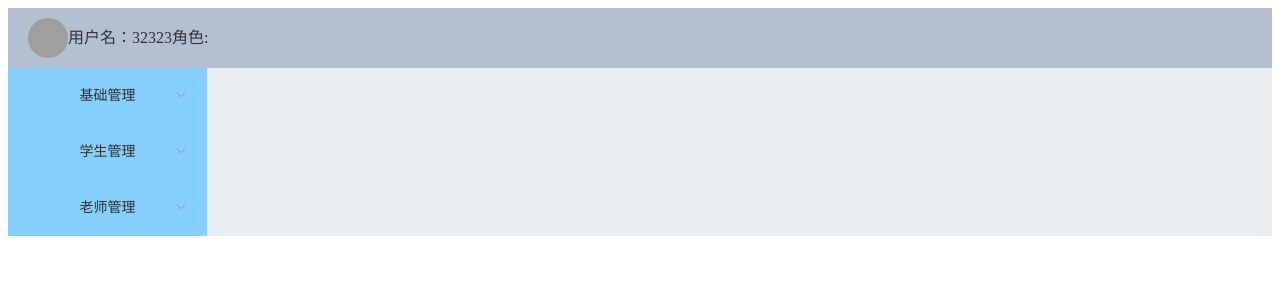
Repository: lwm9704/school-front
Page: /#/home
The author's editor kept a copy of each file at every save. The page is drawn from the files as they stood at one save, then again after the next save.
The browser window is 1280 px wide. The pictures show the whole page.
Pictures or frames that could not be fetched are drawn as grey boxes. The project was rebuilt for these pictures with package versions that can differ from the ones it lists, and the page was loaded fresh each time. Also part of the build but not shown: src/view/login.vue.

Above is the page before, as saved 2021-11-15 15:45:26.

### src/main.js
// The Vue build version to load with the `import` command
// (runtime-only or standalone) has been set in webpack.base.conf with an alias.
import Vue from 'vue'
import App from './App'
import router from './router'
import ElementUI from 'element-ui'
import 'element-ui/lib/theme-chalk/index.css'
import Vuex from 'vuex'

Vue.config.productionTip = false
Vue.use(ElementUI)
Vue.use(Vuex)

/* eslint-disable no-new */
new Vue({
  el: '#app',
  router,
  components: { App },
  template: '<App/>'
})

### src/router/index.js

import Vue from 'vue'
import Router from 'vue-router'
import Login from '@/view/login'
import Home from '../view/home'


Vue.use(Router)

export default new Router({
  routes: [
    {
      path: '/',
      redirect: '/login',
    },
    {
      path: '/login',
      name: 'login',
      component: Login
    },
    {
      path: '/home',
      name: 'home',
      component: Home,
      children: [
        {
          path: '/user',
          name: 'user',
          component: () => import('@/view/user')
        },
        {
          path: '/code',
          name: 'code',
          component: () => import('@/view/code')
        },
        {
          path: '/course',
          name: 'course',
          component: () => import('@/view/course')
        },
        {
          path: '/grade',
          name: 'grade',
          component: () => import('@/view/grade')
        },
        {
          path: '/lecture',
          name: 'lecture',
          component: () => import('@/view/lecture')
        },
        {
          path: '/member',
          name: 'member',
          component: () => import('@/view/member')
        },
        {
          path: '/score',
          name: 'score',
          component: () => import('@/view/score')
        },
        {
          path: '/teaching',
          name: 'teaching',
          component: () => import('@/view/teaching')
        }
      ]
    },

  ]
})

### src/view/home.vue
<template>
  <el-container>
    <el-header>
      <div class="header">
        <myHeader></myHeader>
      </div>
    </el-header>
    <el-container>
      <el-aside width="200px" class="Aside">
        <leftMenu></leftMenu>
      </el-aside>
      <el-container>
        <el-main>
          <router-view></router-view>
        </el-main>
      </el-container>
    </el-container>
  </el-container>
</template>
<script>
import req from "../js/home";
import leftMenu from "../components/leftMenu";
import myHeader from "../components/myHeader";
export default {
  components: {
    leftMenu,
    myHeader,
  },

  methods: {
    // handlerSelect(key, path) {
    //   console.log(key, path);
    //   // console.log(this.$route.path)
    //   if (path !== this.$route.path) {
    //     this.$router.replace({ path: path});
    //     // this.$router.push({path: key, query: {}})
    //   }
    //   // this.$router.push({name: key, params: {}})
    //   console.log(key);
    //   console.log(path);
    // },
    //侧边栏的方法
    handleOpen(key, keyPath) {
      console.log(key, keyPath);
    },
    handleClose(key, keyPath) {
      console.log(key, keyPath);
    },
  },
  mounted() {},
};
</script>
<style lang="scss" scoped>
.el-header,
.el-footer {
  background-color: #b3c0d1;
  color: #333;
  text-align: center;
  line-height: 60px;
}

.el-aside {
  background-color: #d3dce6;
  color: #333;
  text-align: center;
  line-height: 200px;
}

.el-main {
  background-color: #e9eef3;
  color: #333;
  text-align: center;
  line-height: 160px;
}

body > .el-container {
  margin-bottom: 40px;
}
</style>

### src/js/home.js
import req from "../fect/rquestConfig";

const config = {
    getUserInfo: {
        url: '/user/selectOfCondition',
        method: 'get'
    },
}
const request = function (funcName, requestParam) {
    return req(config[funcName].url, config[funcName].method, requestParam, {}, config[funcName].fileConfig)
}
export default request

### src/components/leftMenu.vue
<template>
  <div>
    <el-menu
      class="el-menu-vertical-demo"
      :default-active="this.$router.path"
      router
      background-color="#87CEFA"
      @open="handleOpen"
      @close="handleClose"
    >
      <el-submenu
        v-for="(item, index) in menuList"
        :index="index + ''"
        :key="item.labe"
      >
        <template slot="title">{{ item.labe }}</template>
        <div v-if="item.children">
          <el-menu-item
            v-for="items in item.children"
            :index="items.path"
            :key="items.path"
          >
            <template slot="title">
              {{ items.labe }}
            </template>
          </el-menu-item>
        </div>
      </el-submenu>
    </el-menu>
  </div>
</template>

<script>
// import router from 'vue-router'
export default {
  name: "leftMenu",
  props: [],
  data() {
    return {
      menuList: [
        {
          index: "1",
          labe: "基础管理",
          children: [
            {
              index: "1 - 1",
              labe: "编码管理",
              path: "/code",
            },
            {
              index: "1 - 2",
              labe: "用户管理",
              path: "/user",
            },
            {
              index: "1 - 3",
              labe: "班级管理",
              path: "/grade",
            },
            {
              index: "1 - 4",
              labe: "课程管理",
              path: "/course",
            },
          ],
        },
        {
          index: "2",
          labe: "学生管理",
          children: [
            {
              index: "2 - 1",
              labe: "学生家庭成员管理",
              path: "/member",
            },
            {
              index: "2 - 2",
              labe: "考试成绩管理",
              path: "/score",
            },
          ],
        },
        {
          index: "3",
          labe: "老师管理",
          children: [
            {
              index: "3 - 1",
              labe: "教学管理",
              path: "/teaching",
            },
            {
              index: "3 - 2",
              labe: "授课管理",
              path: "/lecture",
            },
          ],
        },
      ],
    };
  },
  methods: {
    // handlerSelect(key, path) {
    // console.log(key,path)
    // if (path !== this.$route.path) {
    //   this.$router.replace({path:'path'});
    //   // this.$router.push({path: key, query: {}})
    // }
    // // this.$router.push({name: key, params: {}})
    // console.log(key);
    // console.log(path);
    // this.$emit('select', key,path);
    // },
    handleOpen(key, keyPath) {
      console.log(key, keyPath);
    },
    handleClose(key, keyPath) {
      console.log(key, keyPath);
    },
  },
};
</script>

<!-- Add "scoped" attribute to limit CSS to this component only -->
<style scoped>
</style>

### src/components/myHeader.vue
<template>
  <div class="myHeader">
    <div class="userInfo">
      <div class="avatar">
        <el-avatar
          src="https://cube.elemecdn.com/0/88/03b0d39583f48206768a7534e55bcpng.png"
        ></el-avatar>
      </div>
      <div class="charInfo">
        <span>用户名：{{userInfo.account}}</span>
        <span>角色:{{userInfo.role}}</span>
      </div>
    </div>
  </div>
</template>
<script>
export default {
  name: "myHeader",
  props: [],
  data() {
    return {
      userInfo: {
        userId: "3232",
        account: "32323",
        role: "",
      },
    };
  },
  methods: {
    getUserInfo() {},
  },
  mounted() {
    this.getUserInfo();
  },
};
</script>
<style lang="scss" scoped>
.myHeader{
  background-color:'#87CEFA';
}
.userInfo {
    display: flex;
    flex-direction: row;
    .avatar{
      padding-top: 10px;
    }
}
</style>

### src/fect/rquestConfig.js
import axios from 'axios'
import { throwErr } from './throwErr'

// const urlHead = 'http://305o99f251.wicp.vip'
const urlHead = 'http://localhost:9000'
const qs = require('qs')

/**
 *
 * @param {String} url 请求路径
 * @param {String} method 请求方法
 * @param {Object} params 请求参数
 * @param {Object} requestHeader 请求头
 * @param {Object} fileConfig ---> {type, fileName} 导出配置 ---> 导出类型, 文件名称
 */
const req = function (url, method, params, requestHeader, fileConfig = {}) {
    let instance = axios.create({
        baseURL: urlHead,
        timeout: 60000
    })

    // 添加请求拦截器
    instance.interceptors.request.use(config => {
        return config
    }, error => {
        return Promise.reject(error)
    })

    let requestConfig = {
        url: url,
        method: method,
        //将header、params、token复制到目标
        params: Object.assign({}, params, { access_token: JSON.parse(sessionStorage.getItem('userInfo')).access_token }),
        data: qs.stringify(Object.assign({}, params, { access_token: JSON.parse(sessionStorage.getItem('userInfo')).access_token })),
        headers: {},
        responseType: fileConfig.type === 'file' ? 'blob' : ''
    }

    let getReg = /get|GET/
    let postReg = /post|POST/

    let fileData = {}

    let timer = null

    // 请求类型为导出时，添加vuex状态管理，定时修改vuex对应记录，请求完成或者请求报错时，停止定时器
    if (fileConfig.type === 'file') {
        fileData = {
            fileId: new Date().getTime(),
            fileName: fileConfig.fileName,
            fileLoadTime: 0,
            fileStatus: 'downloading',
            errorInfo: '',
            fileUrl: null
        }

    }

    if (getReg.test(requestConfig.method)) {
        delete requestConfig.data
        requestConfig.headers['Content-Type'] = 'application/json'
    } else if (postReg.test(requestConfig.method)) {
        delete requestConfig.params
        requestConfig.headers['Content-Type'] = 'application/x-www-form-urlencoded'
    }

    // 添加响应拦截器
    instance.interceptors.response.use(response => {
        clearInterval(timer)
        timer = null

        if (response.status === 200) {
            if (fileConfig.type === 'file') {
                fileData.fileStatus = 'success'
                fileData.fileUrl = window.URL.createObjectURL(new Blob([response.data]))
                // store.commit('changeExportFileList', fileData)
            }

            return response.data
        } else {
            if (fileConfig.type === 'file') {
                fileData.fileStatus = 'error'
                // store.commit('changeExportFileList', fileData)
            }

            throw new Error(throwErr(response))
        }
    }, error => {
        clearInterval(timer)
        timer = null

        if (fileConfig.type === 'file') {
            fileData.fileStatus = 'error'
            // store.commit('changeExportFileList', fileData)
        }

        return Promise.reject(error)
    })

    return instance(requestConfig)
}

export default req

### src/fect/throwErr.js
// axios错误信息匹配
export const throwErr = (response) => {
    let message = '请求错误'
    switch (response.status) {
        case 400:
            message = '请求错误'
            break
        case 401:
            message = '未授权，请登录'
            break
        case 403:
            message = '拒绝访问'
            break
        case 404:
            message = `请求地址出错: ${response.config.url}`
            break
        case 408:
            message = '请求超时'
            break
        case 500:
            message = '服务器内部错误'
            break
        case 501:
            message = '服务未实现'
            break
        case 502:
            message = '网关错误'
            break
        case 503:
            message = '服务不可用'
            break
        case 504:
            message = '网关超时'
            break
        case 505:
            message = 'HTTP版本不受支持'
            break
        default:
    }
    return '错误码:' + response.status + ' ' + '错误信息:' + message
}

Loaded but not shown: index.html (common file); src/App.vue (common file)

After the next save:
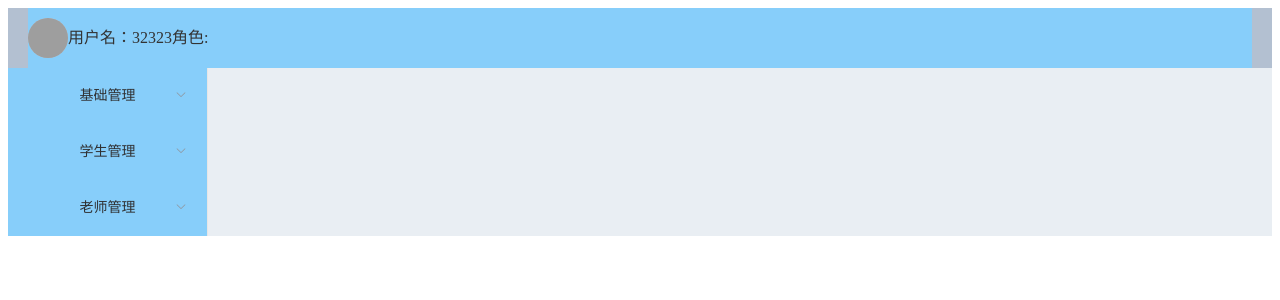
Saved 51 s later.
--- a/src/components/myHeader.vue
+++ b/src/components/myHeader.vue
@@ -36,7 +36,7 @@ export default {
 </script>
 <style lang="scss" scoped>
 .myHeader{
-  background-color:'#87CEFA';
+  background-color:#87CEFA;
 }
 .userInfo {
     display: flex;
